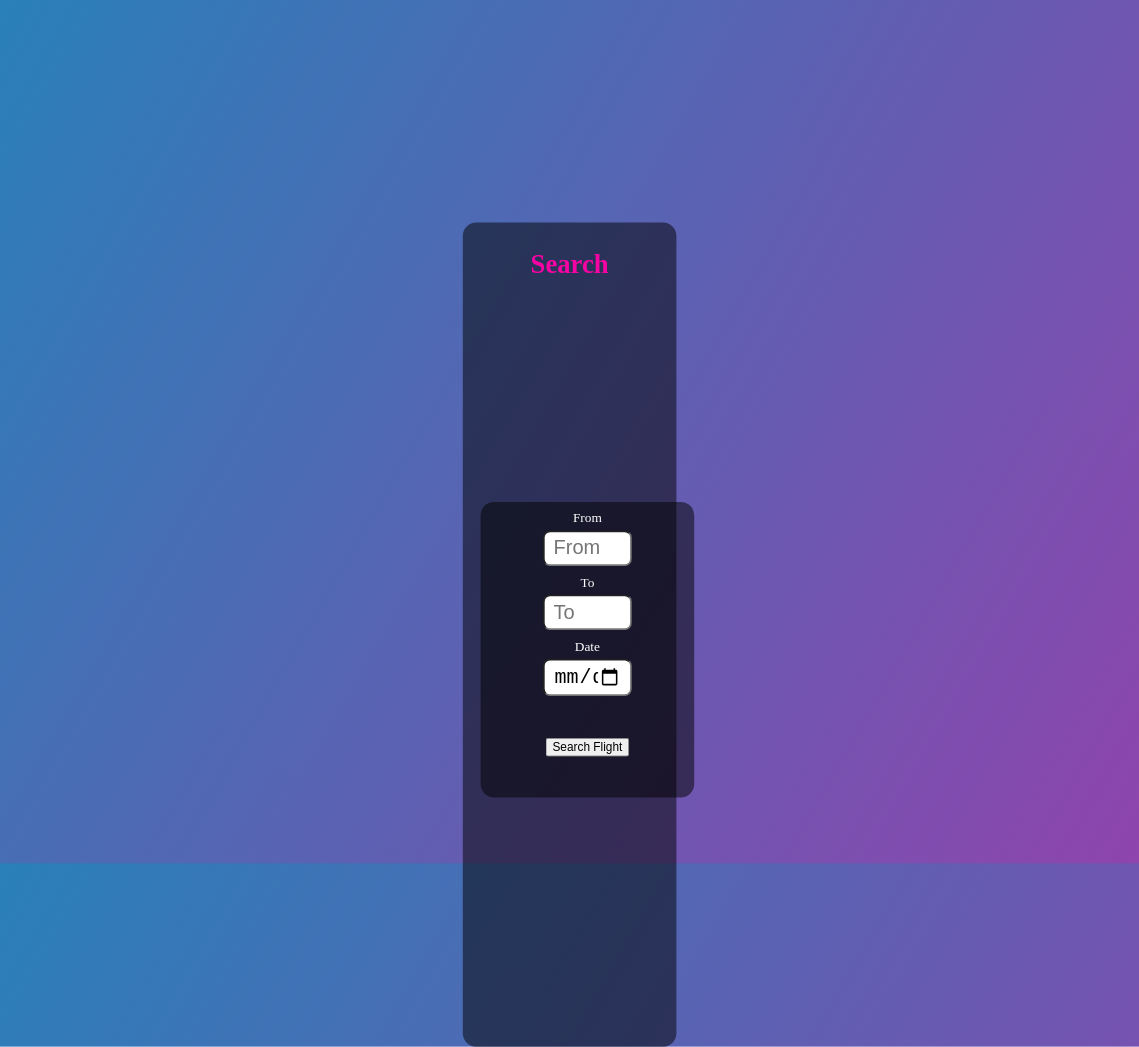
Repository: kalpesh3070/backend2
Page: flyaway/src/main/webapp/Home.html
An editor plug-in stored every save of this project. The page is shown before and after the next save, followed by the edit.
The browser window is 1280 px wide. The pictures show the whole page, at 89% of full size.

Above is the page before, as saved 2022-11-14 04:17:24.

### flyaway/src/main/webapp/Home.html
<!DOCTYPE html>
<html>
<head>
<meta charset="ISO-8859-1">
<link rel="stylesheet" href="home.css">
<title>Go Airways</title>
</head>
<body>
<form action="search">
<div class="lable">
<center>


<h1>Search</h1>
<div class= "body">

<lable for="from" >From</lable>
<div class="input">
<input  type="text" name="from" placeholder="From"><br>
</div>

<div class="input">
<lable for="to">To</lable>
<input type="text" name="To" placeholder="To"><br>
</div>

<div class="input">
<lable>Date</lable><input type="date" name="date"><br>
</div>

<div class="submit">
<input type="submit" value="Search Flight">
</div>

</div>
</div>
</form>
</center>
</div>
</body>
</html>

### flyaway/src/main/webapp/home.css
@charset "ISO-8859-1";
body{
margin: 0;
padding: 0;
font-family: montserrat;
background: linear-gradient(120deg,#2980b9,#8e44ad);
height: 100vh;
overflow:hidden;
}

.body{
	width : 200px;
background-color: rgba(0,0,0,.5);
padding:10px 20px 30px;
margin:250px auto;
color:white;
font-size:15px;
border-radius: 15px;
}

.lable{
width : 200px;
background-color: rgba(0,0,0,.5);
padding:10px 20px 30px;
margin:250px auto;
color:white;
font-size:15px;
border-radius: 15px;

}

.lable h1{
	color:#f603a3;
	text-align: center;
}

.lable lable{
	display:block;
}

.input input{

	width:50%;
	font-size:1.5em;
	box-shadow: 2px;
	border-radius: 8px;
	padding: 5px 10px;
	box-sizing: border-box;
	margin:5px 0px 10px;
}
.submit{
	text-align: center;
	margin-top:10px;

	font-size:30px;
	padding: 15px 25px;







}

After the next save:
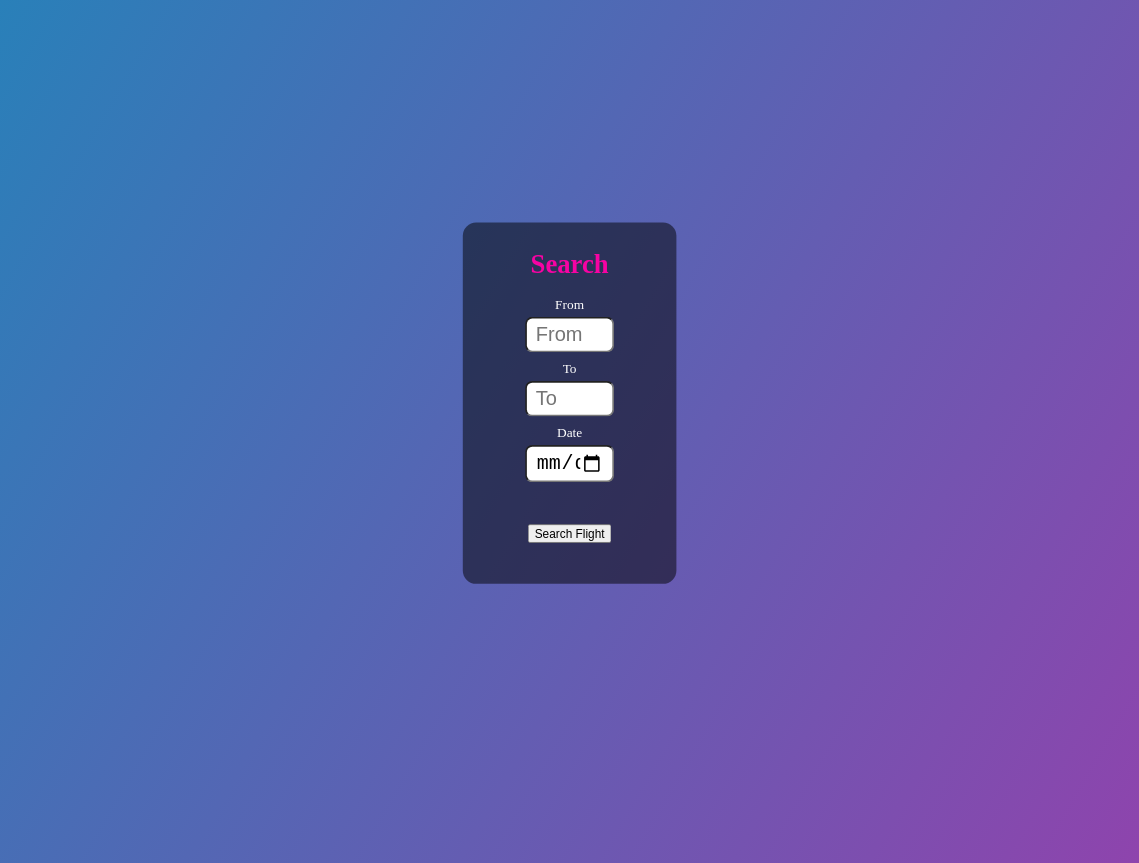
Saved 5 min 40 s later.
--- a/flyaway/src/main/webapp/home.css
+++ b/flyaway/src/main/webapp/home.css
@@ -8,15 +8,7 @@
 overflow:hidden;
 }
 
-.body{
-	width : 200px;
-background-color: rgba(0,0,0,.5);
-padding:10px 20px 30px;
-margin:250px auto;
-color:white;
-font-size:15px;
-border-radius: 15px;
-}
+
 
 .lable{
 width : 200px;

After the save that followed:
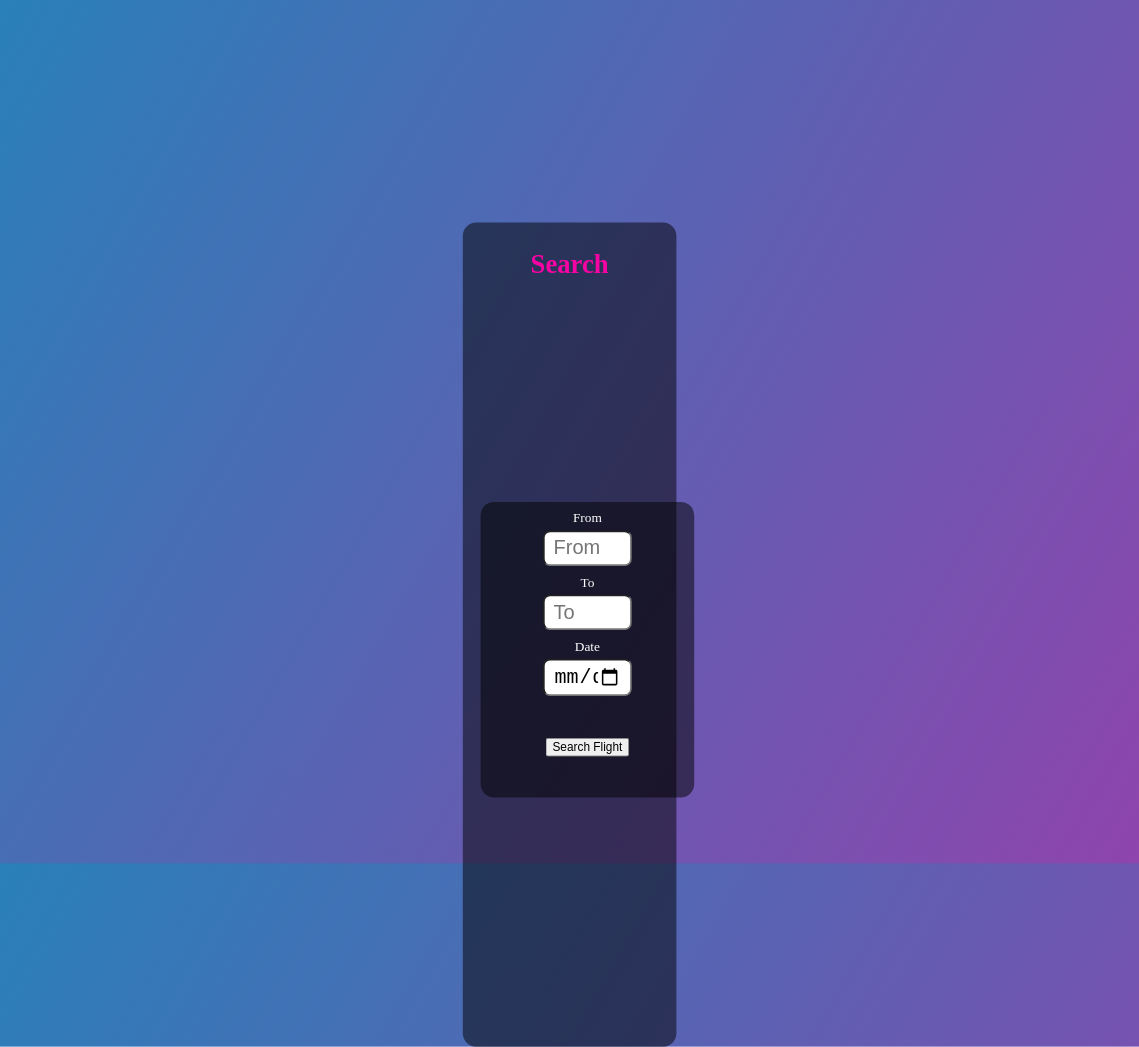
Saved 14 s later.
--- a/flyaway/src/main/webapp/home.css
+++ b/flyaway/src/main/webapp/home.css
@@ -8,7 +8,15 @@
 overflow:hidden;
 }
 
-
+.body{
+	width : 200px;
+background-color: rgba(0,0,0,.5);
+padding:10px 20px 30px;
+margin:250px auto;
+color:white;
+font-size:15px;
+border-radius: 15px;
+}
 
 .lable{
 width : 200px;
